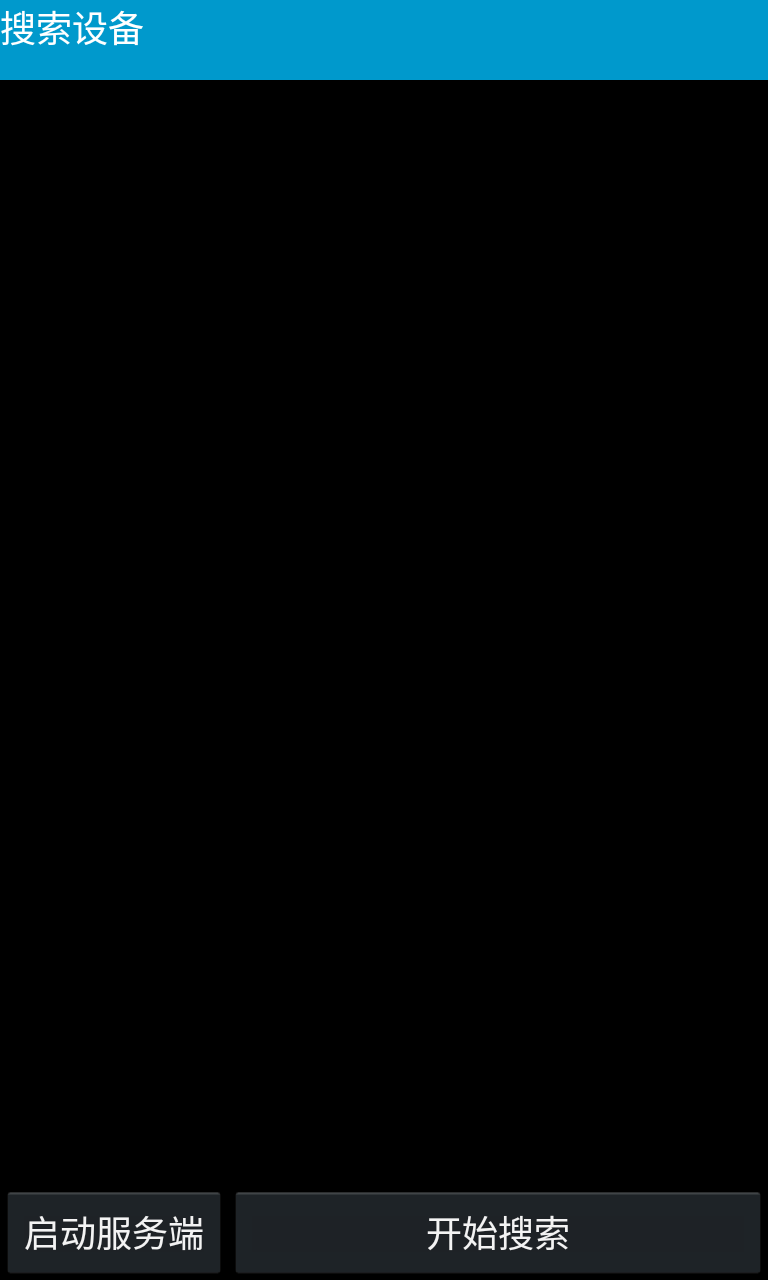
Repository: yihu0817/AndroidDemo
Layout: 蓝牙/AndroidBluetooth/res/layout/devices_layout.xml
The author's editor kept a copy of each file at every save. The layout is drawn from the files as they stood at one save, then again after the next save.
It is drawn on a 768 x 1280 px phone screen (xhdpi) without system bars, with theme android:Theme.Holo; the app's code is not run. Lists and similar views that code fills are empty.

Above is the layout before, as saved 2015-03-20 02:29:10.

After the next save:
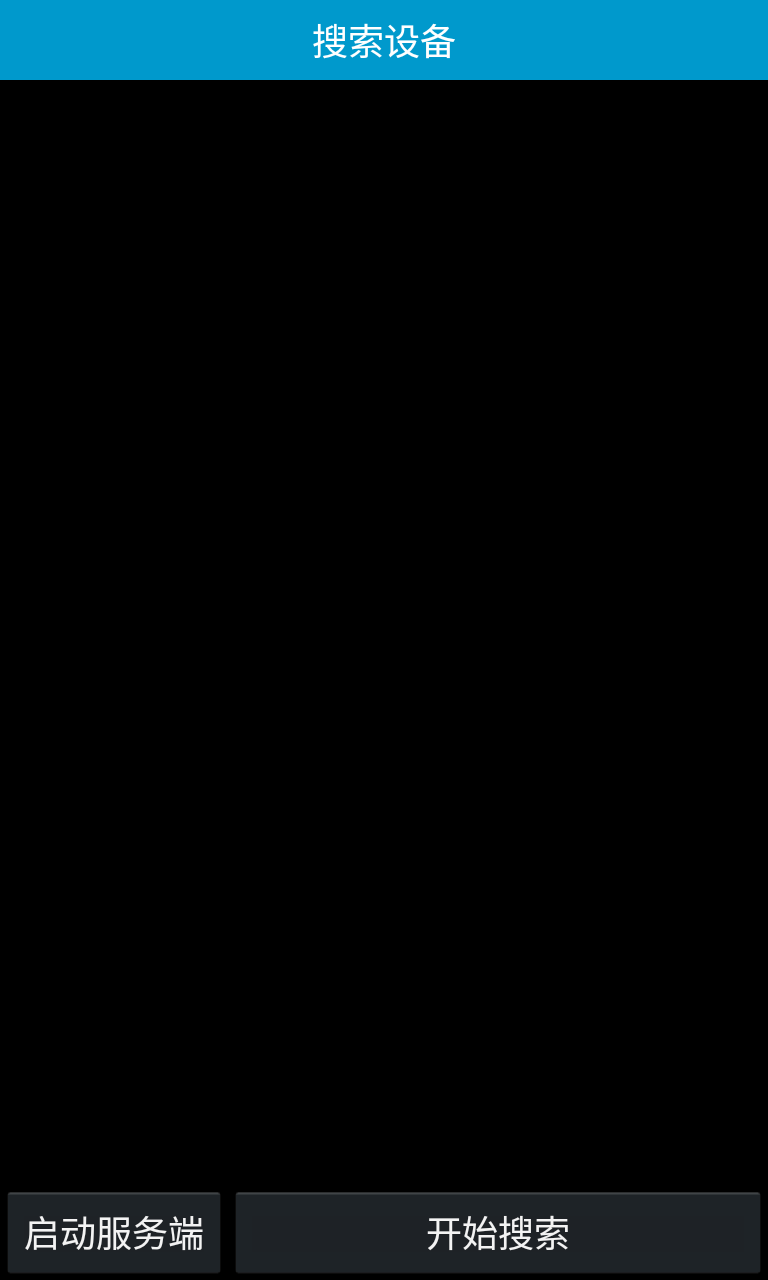
Saved 11 s later.
--- a/蓝牙/AndroidBluetooth/res/layout/devices_layout.xml
+++ b/蓝牙/AndroidBluetooth/res/layout/devices_layout.xml
@@ -14,8 +14,8 @@
 
         <TextView
             android:id="@+id/title_txt"
-            android:layout_width="match_parent"
-            android:layout_height="match_parent"
+            android:layout_width="wrap_content"
+            android:layout_height="wrap_content"
             android:layout_centerInParent="true"
 
             android:text="搜索设备"
